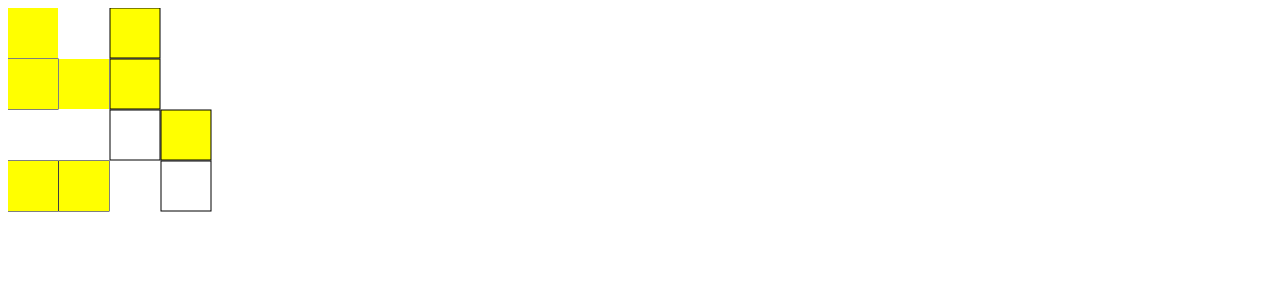
Repository: JIHYEONHE/doit
Page: FAST_ZZANG/static/canvas3.html
The author's editor kept a copy of each file at every save. The page is drawn from the files as they stood at one save, then again after the next save.
The browser window is 1280 px wide. The pictures show the whole page.

Above is the page before, as saved 2022-10-18 01:37:59.

After the next save:
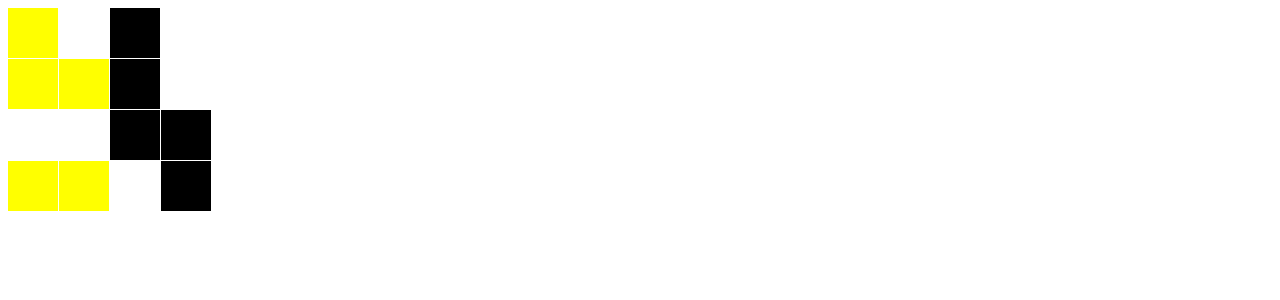
Saved 6 s later.
--- a/FAST_ZZANG/static/canvas3.html
+++ b/FAST_ZZANG/static/canvas3.html
@@ -22,8 +22,8 @@
 			    ctx.fillStyle = 'yellow';
 			    ctx.fillRect(j*51,i*51, 50, 50);
 		    }else{
-		        ctx.strokeStyle = 'black';
-		        ctx.strokeRect(i*51, j*51, 50, 50);
+		        ctx.fillStyle = 'black';
+		        ctx.fillRect(i*51, j*51, 50, 50);
 
 		    }
 		}
